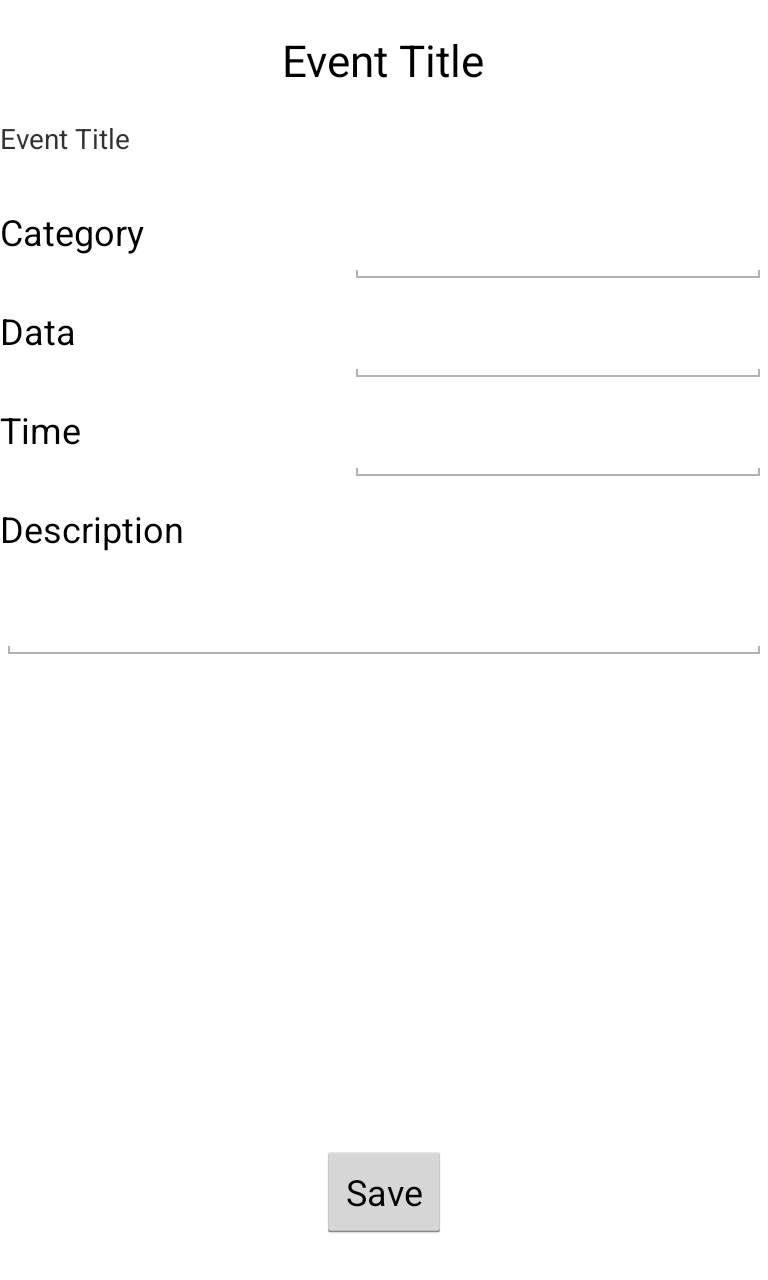
Repository: ctc8631/Android-dev
Layout: WorkDone/res/layout/activity_save.xml
The author's editor kept a copy of each file at every save. The layout is drawn from the files as they stood at one save, then again after the next save.
It is drawn on a 768 x 1280 px phone screen (xhdpi) without system bars, with theme AppTheme; the app's code is not run.

Above is the layout before, as saved 2013-09-10 14:29:07.

After the next save:
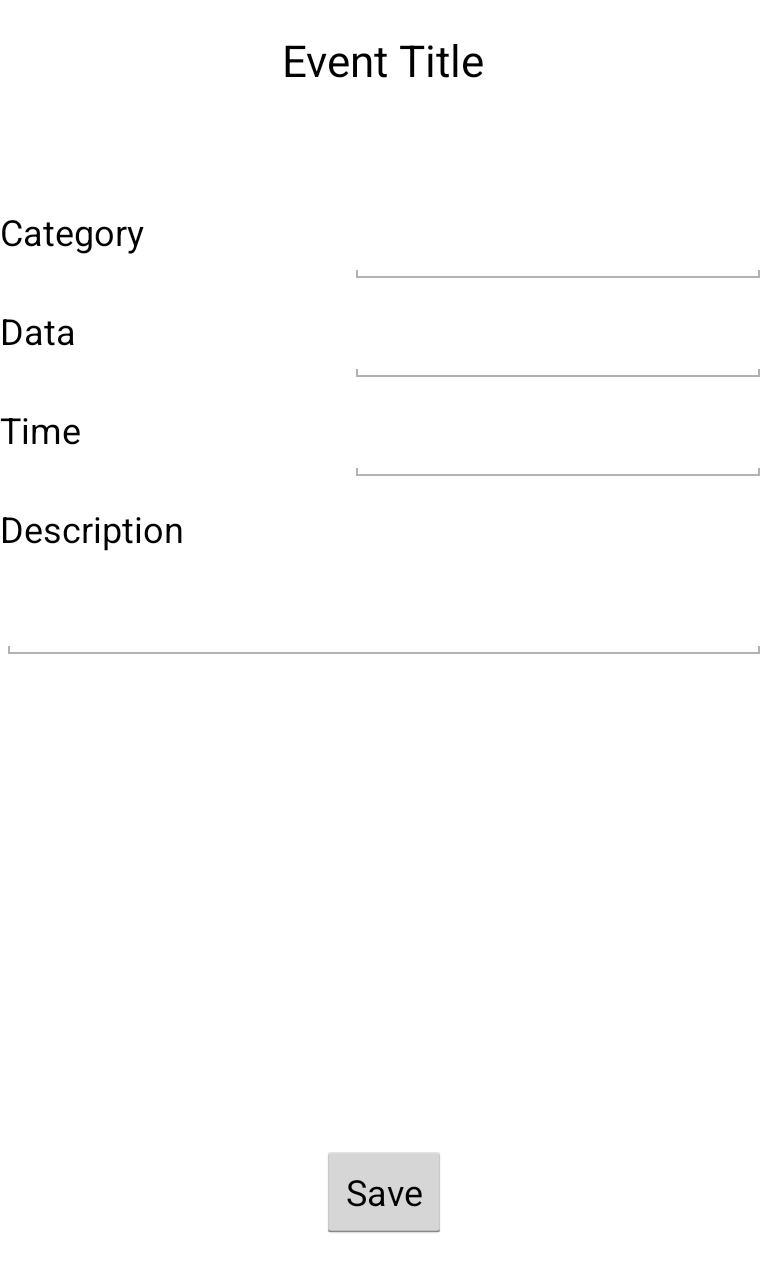
Saved 23 s later.
--- a/WorkDone/res/layout/activity_save.xml
+++ b/WorkDone/res/layout/activity_save.xml
@@ -24,7 +24,7 @@
         android:layout_centerHorizontal="true"
         android:layout_marginTop="15dp"
         android:ems="10"
-        android:text="@string/event_title"
+        android:text=""
         />
 
     <TextView
